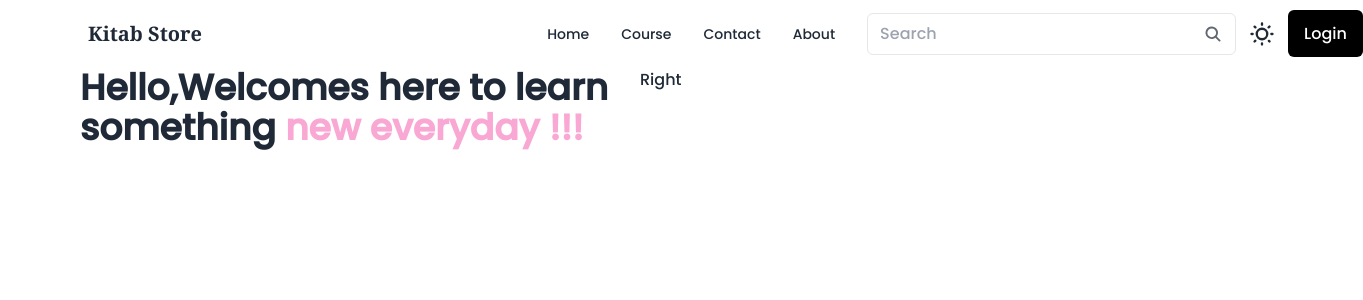
Repository: diensy/Kitab.com
Page: / (app in Frontend/)
An editor plug-in stored every save of this project. The page is shown before and after the next save, followed by the edit.
The browser window is 1280 px wide. The page is 1363 px wide, so the pictures cover 1363 px, including what lies to the right of the window. The pictures show the whole page.
The project was rebuilt for these pictures with package versions that can differ from the ones it lists, and the page was loaded fresh each time. Also part of the build but not shown: Frontend/vite.config.js.

Above is the page before, as saved 2024-07-28 23:19:09.

After the next save:
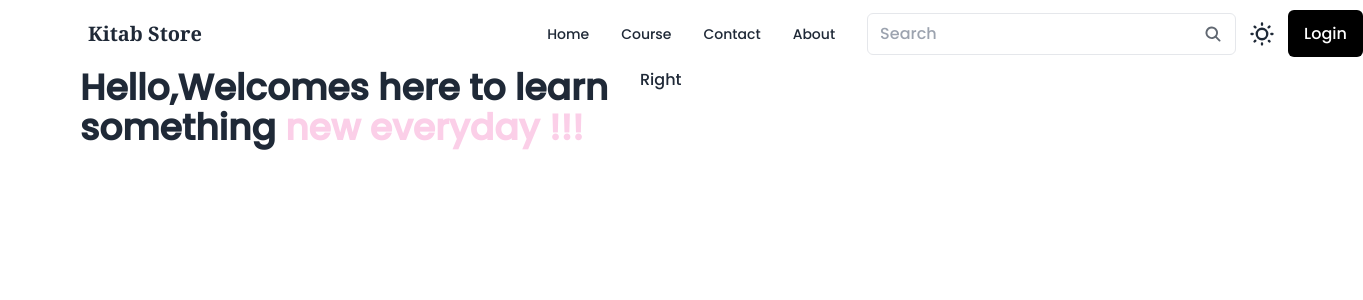
Saved 31 s later.
--- a/Frontend/src/Components/Banner.jsx
+++ b/Frontend/src/Components/Banner.jsx
@@ -7,7 +7,7 @@ const Banner = () => {
         <div className="w-full md:w-1/2">
           <h1 className="text-4xl font-bold">
             Hello,Welcomes here to learn something{" "}
-            <span className="text-pink-300">new everyday !!!</span>
+            <span className="text-pink-200">new everyday !!!</span>
           </h1>
         </div>
         <div className="w-full md:w-1/2">Right</div>
